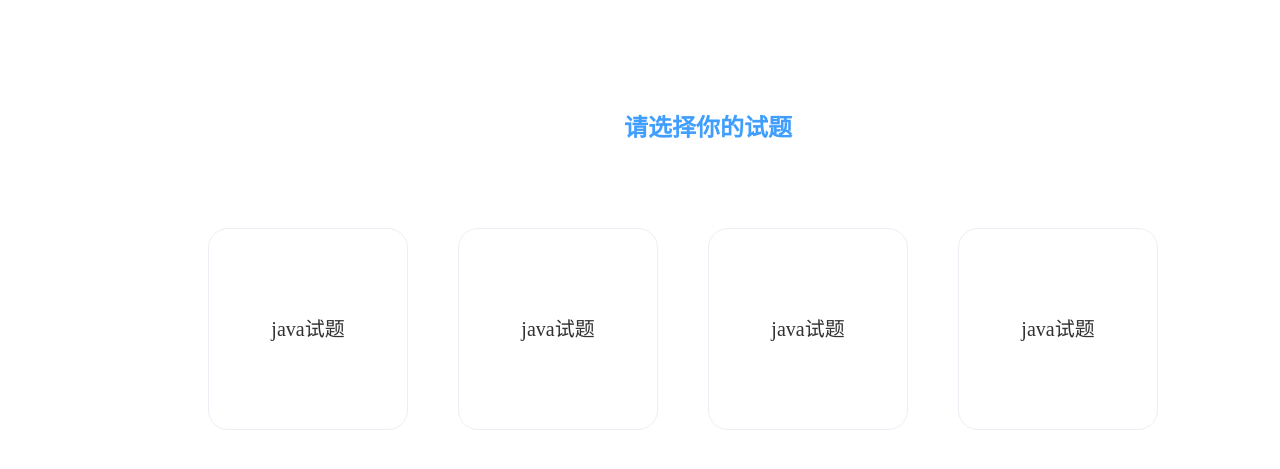
Repository: Fhup/OQP
Page: /home
The author's editor kept a copy of each file at every save. The page is drawn from the files as they stood at one save, then again after the next save.
The browser window is 1280 px wide. The pictures show the whole page.
The project was rebuilt for these pictures with package versions that can differ from the ones it lists, and the page was loaded fresh each time.

Above is the page before, as saved 2021-11-28 08:58:55.

### index.html
<!DOCTYPE html>
<html>
  <head>
    <meta charset="utf-8">
    <meta name="viewport" content="width=device-width,initial-scale=1.0">
    <title>oqp</title>
  </head>
  <body>
    <div id="app"></div>
    <!-- built files will be auto injected -->
  </body>
</html>

### src/main.js
import Vue from 'vue'
import App from './App'
import router from './router'

import ElementUI from 'element-ui';
import 'element-ui/lib/theme-chalk/index.css';

Vue.config.productionTip = false


Vue.use(ElementUI);

new Vue({
    el: '#app',
    router,
    render: h => h(App)
})

### src/App.vue
<template>
  <div id="app">
    <router-view></router-view>
  </div>
</template>

<script>
export default {
    name: 'App',
}
</script>

<style scoped>
  @import url('assets/css/base.css');
</style>

### src/router/index.js
//配置路由相关的信息
import Vue from 'vue'
import Router from 'vue-router'

const home = () =>
    import ('views/home/home')
const login = () =>
    import ('views/login/login')



// Vue.use() 安装插件
Vue.use(Router);
// 对多次push进行处理
const originalPush = Router.prototype.push
Router.prototype.push = function push(location) {
    return originalPush.call(this, location).catch(err => err)
}

var routes = [{
        path: "",
        redirect: "/login"
    },
    {
        path: "/login",
        component: login
    },
    {
        path: "/home",
        component: home
    }
]

const router = new Router({
    mode: 'history',
    linkActiveClass: 'active',
    routes
})


//前置守卫(guard)
// router.beforeEach((to, from, next) => {
//     //从from到to 实现路由导航
//     document.title = to.matched[0].meta.title
//     next()
// })

//后置钩子(hook)
// router.afterEach((to, from) => {
//     // console.log('----------')
// })

export default router

### src/views/home/home.vue
<template>
<div class="home">
  <home-check/>
</div>
</template>

<script>
import homeCheck from './childCopms/homeCheck.vue';
export default {
  components: { homeCheck },
  name: 'Home',

  data() {
    return {

    };
  },

  mounted() {

  },

  methods: {

  },
};
</script>

<style scoped>

</style>

### src/views/home/childCopms/homeCheck.vue
<template>
  <div class="homecheck">
      <el-row>
        <el-col :span="24"><div class="top">
          <h2>请选择你的试题</h2>
        </div></el-col>
      </el-row>
      <div style="display:flex">
        <el-row :gutter="10" v-for="(index,item) in type" :key="index" style="flex:1">
        <home-check-item/>
      <!-- <el-col :span="6"><div class="grid-content" @click="check('java')">
        <el-card shadow="hover" >
          java试题
        </el-card>
      </div></el-col>
      <el-col :span="6"><div class="grid-content" @click="check('c')">
        <el-card shadow="hover" >
          c语言试题
        </el-card>
      </div></el-col>
      <el-col :span="6"><div class="grid-content" @click="check('javascript')">
        <el-card shadow="hover" >
          javascript试题
        </el-card>
      </div></el-col>
      <el-col :span="6"><div class="grid-content" @click="check('vue')">
        <el-card shadow="hover">
          vue试题
        </el-card>
      </div></el-col> -->
      </el-row>
      </div>
  <el-dialog
    :title="checked"
    :visible.sync="dialogVisible"
    width="30%"
    :before-close="handleClose">
    <div>
      <div class="block">
        <span class="demonstration">选择试题个数(默认为10个)</span>
        <el-slider
          v-model="value"
          :step="10"
          :min="10"
          show-stops>
        </el-slider>
      </div>
    </div>
    <span slot="footer" class="dialog-footer">
      <el-button @click="dialogVisible = false">取 消</el-button>
      <el-button type="primary" @click="dialogVisible = false">确 定</el-button>
    </span>
  </el-dialog>
  </div>
</template>

<script>
import homeCheckItem from './homeCheckItem.vue';
export default {
  components: { homeCheckItem },
  name: 'homeCheck',

  data() {
    return {
      type:["java","c","javascript","vue"],
      dialogVisible: false,
      checked:null,
      value:[10,100]
    };
  },

  mounted() {

  },

  methods: {
    handleClose(done) {
        this.$confirm('确认关闭？')
          .then(_ => {
            done();
          })
          .catch(_ => {});
      },
    check(info){
      this.dialogVisible=true
      this.checked=info
    }
  },
};
</script>

<style scoped>
.homecheck{
    margin: 0 200px;
    min-width: 1000px;
    user-select: none;
  }
  .top{
    height: 200px;
    line-height: 200px;
    text-align: center;
  }
  h2{
    cursor: help;
    color:  #409EFF;
  }
</style>

<style>
  .homecheck .grid-content {
    min-height: 200px;
    min-width: 200px;
    height: 200px;
    border-radius: 20px;
    line-height: 160px;
    text-align: center;
    font-size: 20px;
    cursor: pointer;
  }
  .homecheck .el-card{
    height: 200px;
    border-radius: 20px;
  }
</style>

### src/views/home/childCopms/homeCheckItem.vue
<template>
    <el-col :span="6"><div class="grid-content">
        <el-card shadow="hover" >
          java试题
        </el-card>
    </div></el-col>
</template>

<script>
export default {
  name: 'homeCheckItem',

  data() {
    return {
    };
  },

  mounted() {

  },

  methods: {

  },
};
</script>

<style scoped>

</style>

<style>

</style>

Loaded but not shown: src/assets/css/base.css (common file)

After the next save:
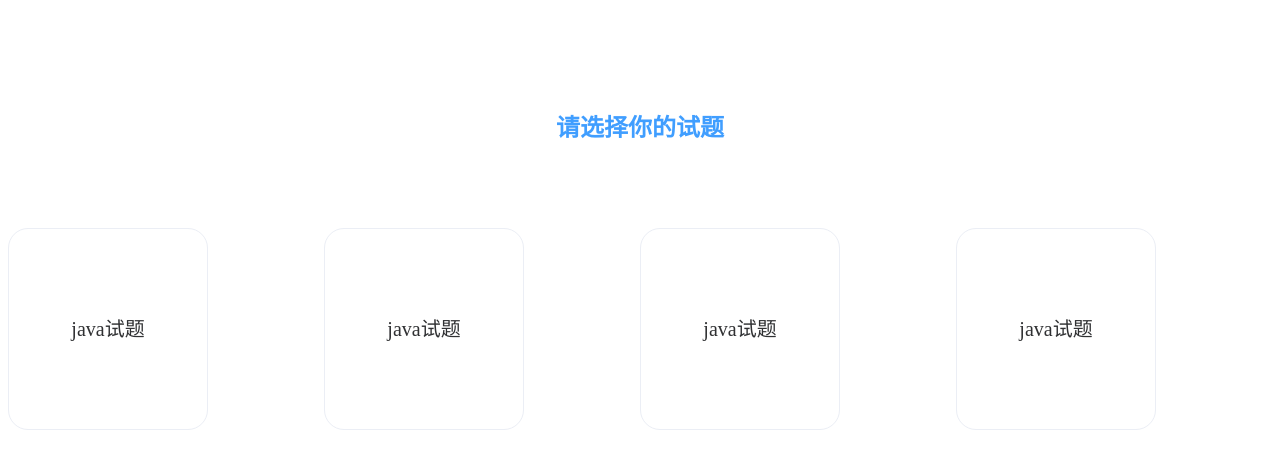
Saved 17 s later.
--- a/src/views/home/childCopms/homeCheck.vue
+++ b/src/views/home/childCopms/homeCheck.vue
@@ -91,7 +91,6 @@ export default {
 
 <style scoped>
 .homecheck{
-    margin: 0 200px;
     min-width: 1000px;
     user-select: none;
   }
